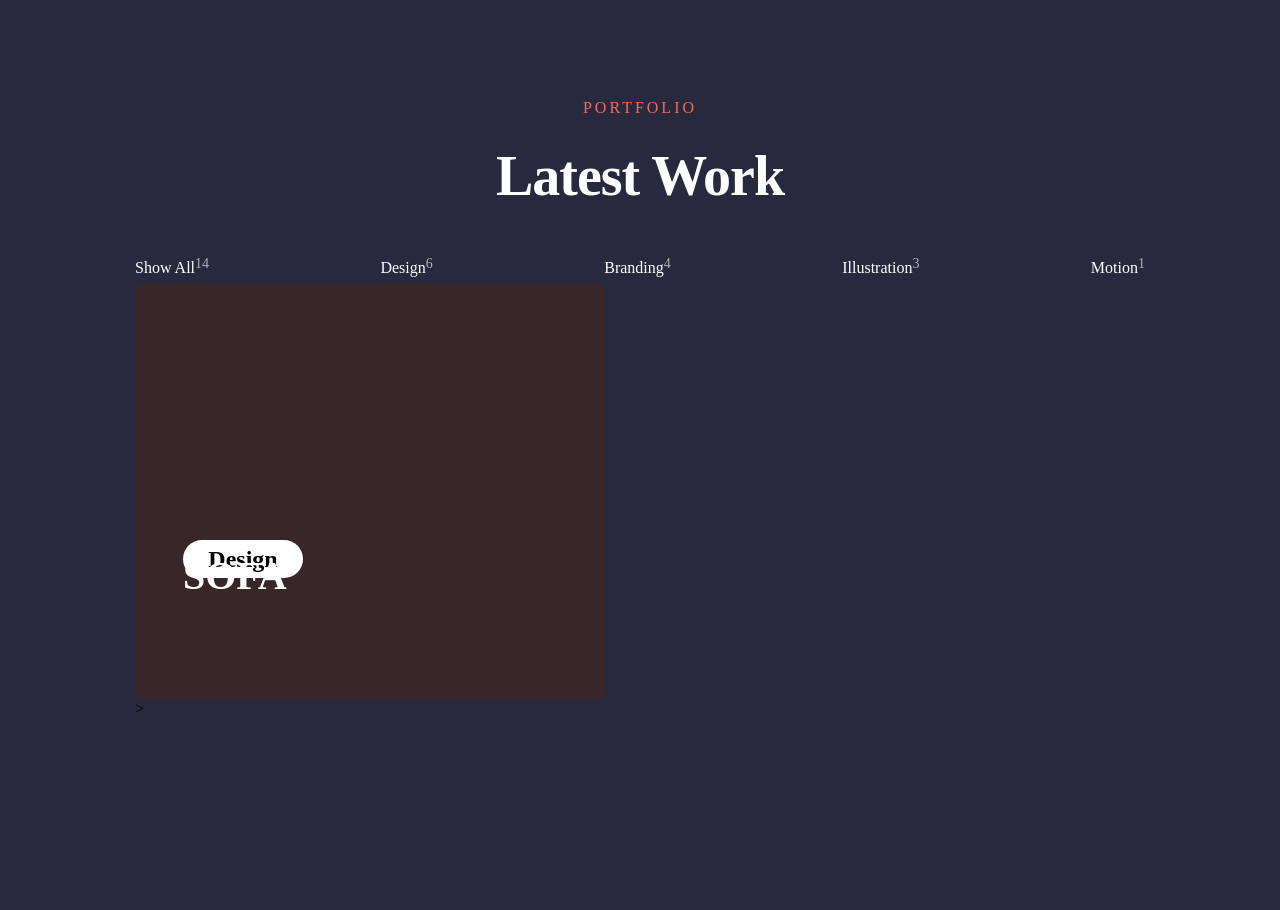
Repository: kubrazamanova/Position-3
Page: index.html
The author's editor kept a copy of each file at every save. The page is drawn from the files as they stood at one save, then again after the next save.
The browser window is 1280 px wide. The pictures show the whole page.

Above is the page before, as saved 2023-10-21 11:07:57.

### index.html
<!DOCTYPE html>
<html lang="en">
  <head>
    <meta charset="UTF-8" />
    <meta name="viewport" content="width=device-width, initial-scale=1.0" />
    <link rel="stylesheet" href="index.css" />
    <title>Document</title>
  </head>
  <body>
    <div class="container">
      <div class="box-1">
        <h1>Portfolio</h1>
        <b>Latest Work</b>
      </div>

      <div class="number">
        <ul>
          <li>
            <p>Show All</p>
            <b>14</b>
          </li>

          <li>
            <p>Design</p>
            <b>6</b>
          </li>

          <li>
            <p>Branding</p>
            <b>4</b>
          </li>

          <li>
            <p>Illustration</p>
            <b>3</b>
          </li>

          <li>
            <p>Motion</p>
            <b>1</b>
          </li>
        </ul>
      </div>

      <div class="box">
        <img src="./image/01.svg" alt="" />
        <h2 class="design">Design</h2>
        <b>SOFA</b>
      </div>

>
<!--
      <div class="bej-square">
        <img src="./image/02.svg" alt="" />
        <h2>Illustration</h2>

        <div class="bej-01">
          <b>Work Media</b>
        </div>
      </div> -->
    </div>
  </body>
</html>

### index.css
* {
  margin: 0;
  padding: 0;
  box-sizing: border-box;
}

.container {
  padding: 92px 135px 192px 135px;
  min-height: 100vh;
  background: #28293e;
}
.container .box-1 {
  display: flex;
  flex-direction: column;
}

.container .box-1 h1 {
  margin-bottom: 20px;
  color: var(--Text_Light_Accent, #ef6d58);
  text-align: center;
  font-family: Epilogue;
  font-size: 16px;
  font-style: normal;
  font-weight: 400;
  line-height: 32px;
  letter-spacing: 3px;
  text-transform: uppercase;
}

.container .box-1 b {
  color: var(--Text_Light, #fff);
  text-align: center;
  font-feature-settings: "clig" off, "liga" off;
  font-family: Epilogue;
  font-size: 56px;
  font-style: normal;
  font-weight: 800;
  line-height: 64px;
  letter-spacing: -1px;
}

.container .number ul {
  position: relative;
}
.container ul {
  margin-top: 44px;
  display: flex;
  justify-content: space-between;
}

.container ul li {
  display: flex;
  list-style-type: none;
}

.container ul li p {
  color: var(--Text_Light, #fff);
  font-feature-settings: "clig" off, "liga" off;
  font-family: Epilogue;
  font-size: 16px;
  font-style: normal;
  font-weight: 400;
  line-height: 32px;
}

.container ul li b {
  color: var(--Text_Light_Gray, rgba(255, 255, 255, 0.64));
  text-align: center;
  font-feature-settings: "clig" off, "liga" off;
  font-family: Epilogue;
  font-size: 14px;
  font-style: normal;
  font-weight: 400;
  line-height: 24px;
}





.box-33 {
  position: relative;
}

.bej-square {
  position: relative;
  top: 30px;
}

.bej-square h2 {
  width: 116px;
  height: 38px;
  border-radius: 19px;
  background: #fff;
  color: var(--Text_Dark, #391400);
  font-feature-settings: "clig" off, "liga" off;
  font-family: Epilogue;
  font-size: 16px;
  font-style: normal;
  font-weight: 400;
  line-height: 32px;
  display: flex;
  justify-content: center;
  position: absolute;
  bottom: 150px;
  left: 48px;
}

.bej-square .bej-01 b {
  color: var(--Text_Light, #fff);
  font-feature-settings: "clig" off, "liga" off;
  font-family: Epilogue;
  font-size: 40px;
  font-style: normal;
  font-weight: 800;
  line-height: 48px;
  position: relative;
  bottom: 70px;
  left: 48px;
}

.box{
  width: 470px;
height: 416px;
position: relative;
}
.box img{
  width: 470px;
height: 416px;
}
.container .box h2 {
  position: absolute;
  bottom: 122px;
  left: 48px;

  width: 120px;
  height: 38px;
  border-radius: 25px;
  background: #fff;
  display: flex;
  justify-content: center;
  align-items: center;
}
.container .box b {
  color: var(--Text_Light, #fff);
  font-feature-settings: "clig" off, "liga" off;
  font-family: Epilogue;
  font-size: 40px;
  font-style: normal;
  font-weight: 800;
  line-height: 48px;
  position: absolute;
  bottom: 100px;
  left: 48px;
}

After the next save:
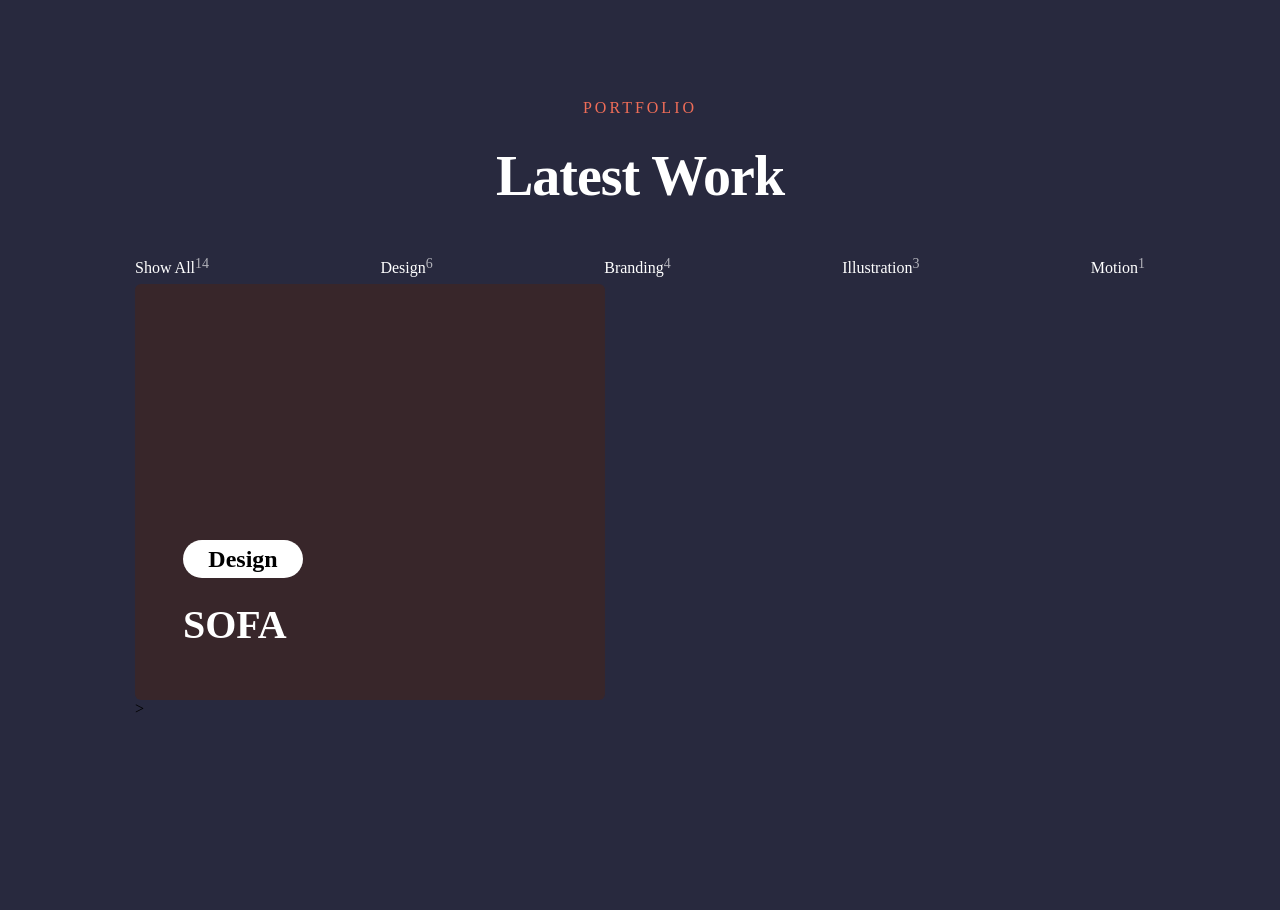
Saved 13 s later.
--- a/index.css
+++ b/index.css
@@ -150,6 +150,6 @@ height: 416px;
   font-weight: 800;
   line-height: 48px;
   position: absolute;
-  bottom: 100px;
+  bottom: 51px;
   left: 48px;
 }
